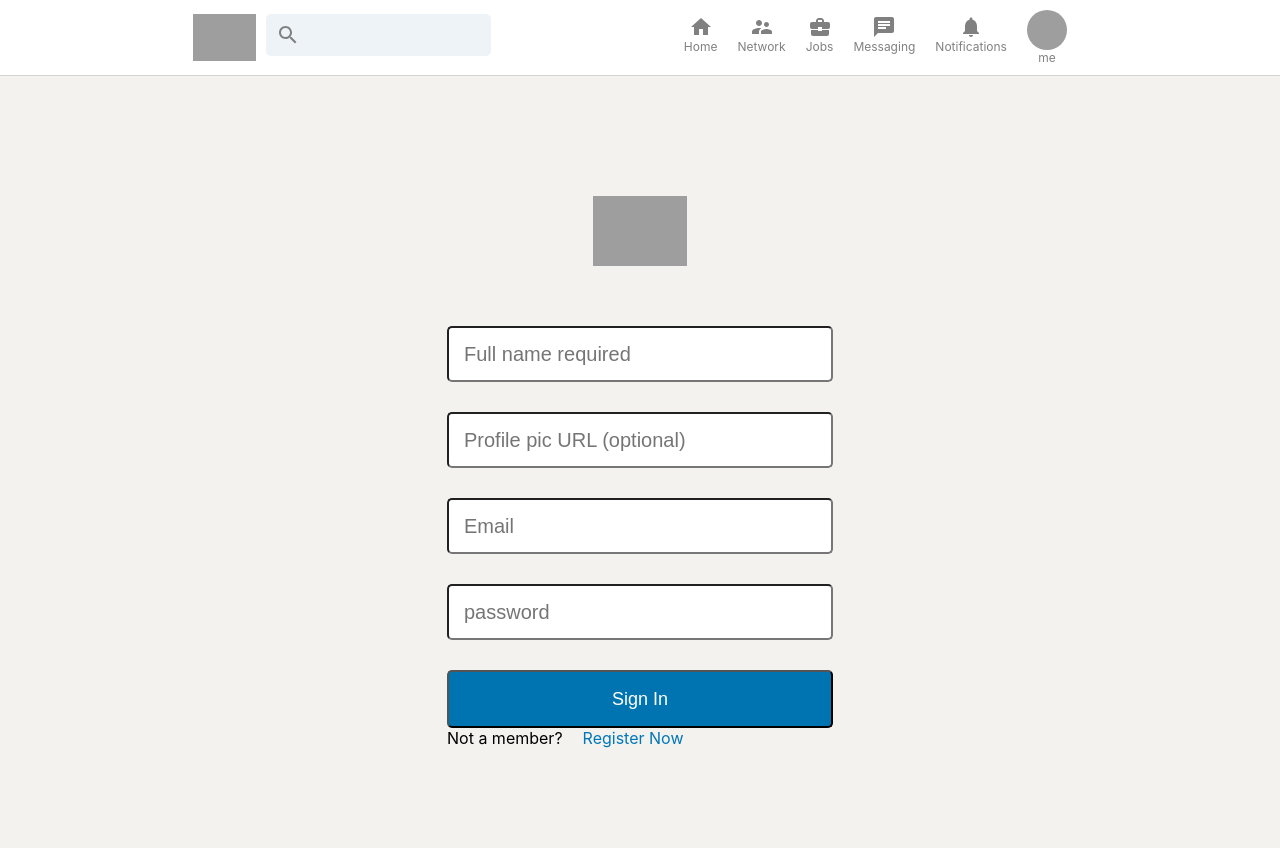
Repository: Tracy-maker/linkedin_clone
Page: /
These files come from the project's save history. The page is drawn as it stood at one moment and after a run of saves; the edit follows.
The browser window is 1280 px wide. The pictures show the whole page.
Pictures or frames that could not be fetched are drawn as grey boxes. The project was rebuilt for these pictures with package versions that can differ from the ones it lists, and the page was loaded fresh each time. Also part of the build but not shown: src/components/Sidebar/Sidebar.jsx, src/firebase.js, src/components/InputOption/InputOption.jsx, src/components/Post/Post.jsx, src/components/Post/index.jsx, src/components/Feed/Feed.jsx.

Above is the page before, as saved 2023-11-07 22:11:21.

After the next 2 saves:
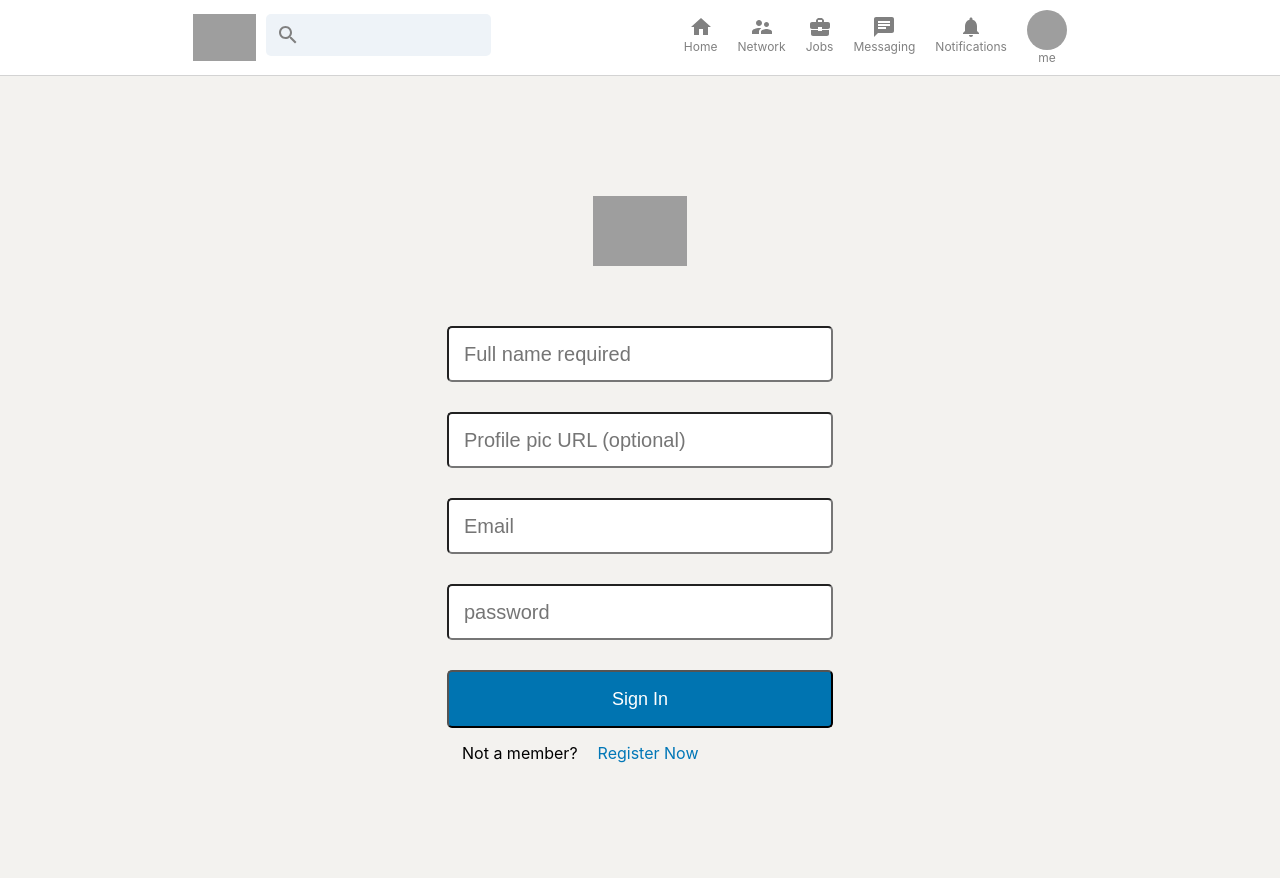
The 2 saves are shown as one change because they came seconds apart.
The last was saved 29 s later.
--- a/src/components/Login/Login.jsx
+++ b/src/components/Login/Login.jsx
@@ -46,7 +46,9 @@ const SignInButton = styled.button`
   }
 `;
 
-const Optionwords = styled.p``;
+const OptionWords = styled.p`
+  padding: 15px;
+`;
 
 const RegisterLink = styled.span`
   padding-left: 20px;
@@ -66,10 +68,10 @@ function Login() {
         <Input placeholder="Email" type="email" required />
         <Input placeholder="password" />
         <SignInButton>Sign In</SignInButton>
-        <Optionwords>
+        <OptionWords>
           Not a member?
           <RegisterLink>Register Now</RegisterLink>
-        </Optionwords>
+        </OptionWords>
       </LoginForm>
     </LoginContainer>
   );
